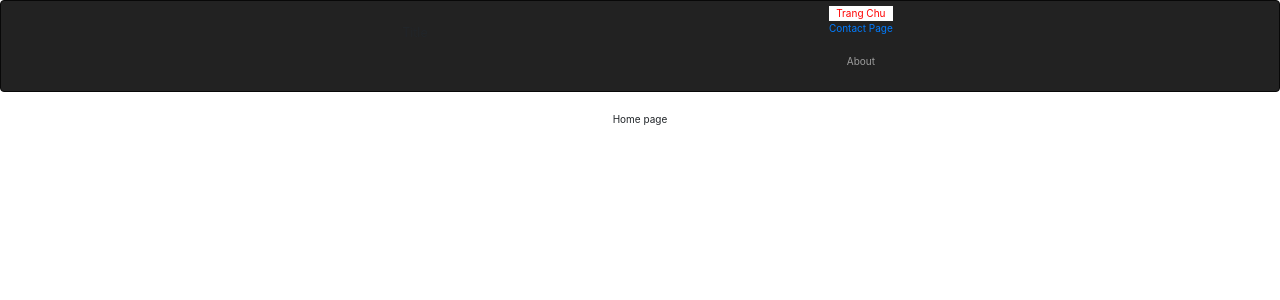
Repository: hntvip/react-route
Page: /
These files come from the project's save history. The page is drawn as it stood at one moment and after a run of saves; the edit follows.
The browser window is 1280 px wide. The pictures show the whole page.
The project was rebuilt for these pictures with package versions that can differ from the ones it lists, and the page was loaded fresh each time. Also part of the build but not shown: src/components/About.js, src/components/Contact.js.

Above is the page before, as saved 2019-11-27 16:48:40.

After the next 4 saves:
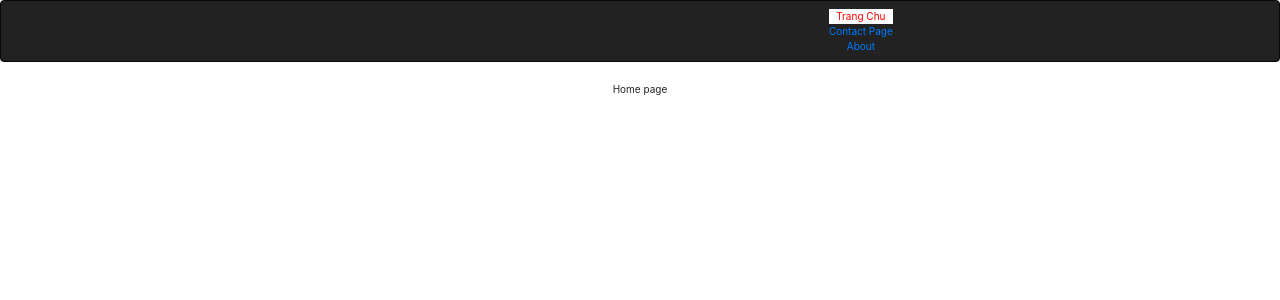
The 4 saves are shown as one change because they came seconds apart.
The last was saved 23 s later.
--- a/src/App.js
+++ b/src/App.js
@@ -29,12 +29,19 @@ function App() {
                   backgroundColor: 'white',
                   color: 'red'
                 }}
+                activeClassName="active"> Contact Page
+              </NavLink>
+
+              <NavLink
+                exact
+                to="/about"
+                activeStyle={{
+                  backgroundColor: 'white',
+                  color: 'red'
+                }}
                 activeClassName="active"
-               >Contact Page
+               > About
               </NavLink>
-            <li>
-              <NavLink to="/about">About</NavLink>
-            </li>
           </ul>
         </nav>
         {/* Noi Dung */}
